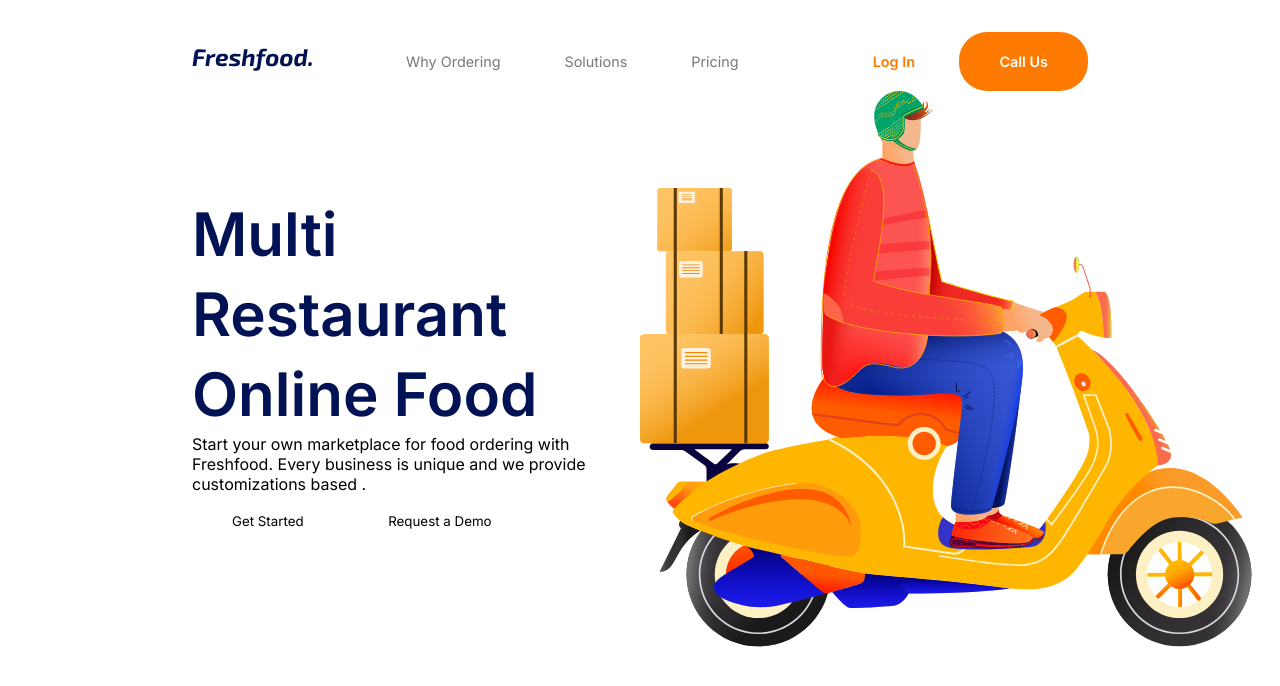
Repository: badhon252/FreshFood
Page: index.html
An editor plug-in stored every save of this project. The page is shown before and after the next save, followed by the edit.
The browser window is 1280 px wide. The pictures show the whole page.
The style sheet was rebuilt from its Sass, Less or Tailwind sources for each picture, by a compiler version that may differ from the author's.

Above is the page before, as saved 2022-09-06 00:19:29.

After the next save:
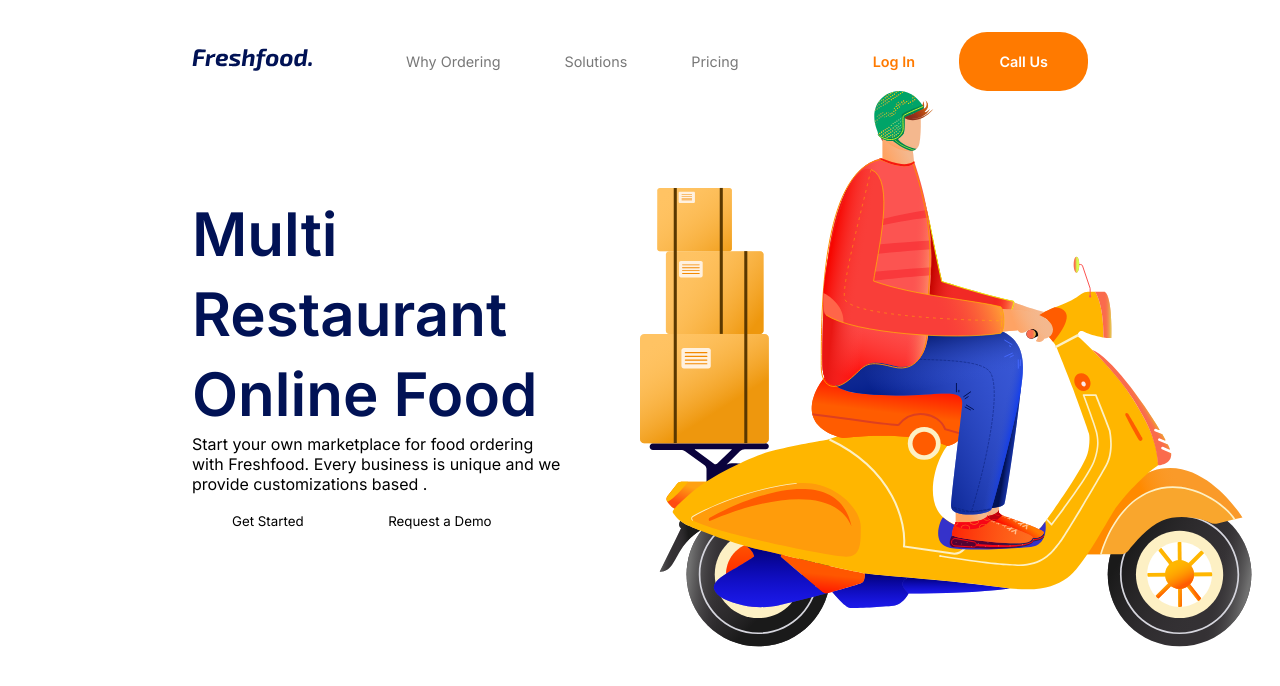
Saved 41 s later.
--- a/index.html
+++ b/index.html
@@ -29,8 +29,9 @@
         <div class="header-content">
             <div class="row">
                 <div class="col-md-6">
-                    <h1>Multi Restaurant Online Food</h1>
-                    <p>Start your own marketplace for food ordering with Freshfood. Every business is unique and we
+                    <h1>Multi Restaurant <br> Online Food</h1>
+                    <p>Start your own marketplace for food ordering <br> with Freshfood. Every business is unique and we
+                        <br>
                         provide customizations
                         based .</p>
                     <button class="btn">Get Started</button>
